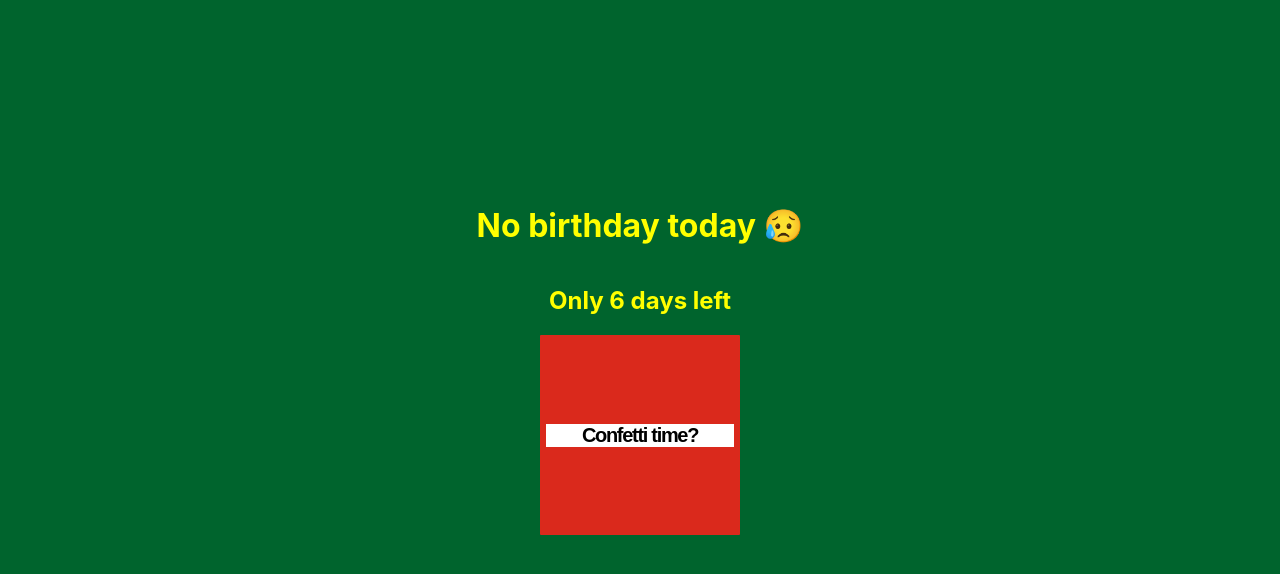
Repository: David-Waite/HannahsBirthdayWebsite
Page: /
These files come from the project's save history. The page is drawn as it stood at one moment and after the next save; the edit follows.
The browser window is 1280 px wide. The pictures show the whole page.
The project was rebuilt for these pictures with package versions that can differ from the ones it lists, and the page was loaded fresh each time.

Above is the page before, as saved 2023-03-30 18:25:36.

### src/index.css
body {
  margin: 0;
  font-family: -apple-system, BlinkMacSystemFont, "Segoe UI", "Roboto", "Oxygen",
    "Ubuntu", "Cantarell", "Fira Sans", "Droid Sans", "Helvetica Neue",
    sans-serif;
  -webkit-font-smoothing: antialiased;
  -moz-osx-font-smoothing: grayscale;
}

.App {
  width: 100vw;
  height: 100vh;
  display: flex;
  flex-direction: column;
  align-items: center;
  justify-content: center;
  background-color: #00642d;
  color: rgb(255, 255, 0);
}

button {
  border: none;
  height: 200px;
  width: 200px;
  border-radius: 50%;
  overflow: hidden;

  background-color: #da291c;
  color: black;
  font-size: 20px;
  border-radius: 1px;
  font-weight: bold;
  letter-spacing: -1.3px;
}
button p {
  background-color: white;
}

### src/App.js
import "./App.css";

import Confetti from "react-confetti";

import { useState } from "react";

function App() {
  const [confetti, setConfetti] = useState(null);
  const [buttonText, setButtonText] = useState("Confetti time?");
  function isBirthdayToday() {
    const date = new Date();
    if (date.getMonth() === 3 && date.getDate() === 5) {
      return true;
    }
    return false;
  }

  function rainConfetti() {
    if (isBirthdayToday()) {
      setConfetti(true);
      setButtonText("Confetti time!");
    } else {
      setButtonText("no");
    }
  }

  function getDaysUntilBirthday() {
    const date = new Date();
    const hannahBday = new Date(date.getFullYear(), 3, 5);
    const hannahBdayNextYear = new Date(date.getFullYear() + 1, 3, 5);
    const oneDay = 1000 * 60 * 60 * 24;

    let daysUntilBirthday;
    if (hannahBday < date) {
      daysUntilBirthday =
        Math.ceil(hannahBdayNextYear.getTime() - date.getTime()) / oneDay;
    } else {
      daysUntilBirthday =
        Math.ceil(hannahBday.getTime() - date.getTime()) / oneDay;
    }

    return daysUntilBirthday;
  }

  // 5th april
  let birthdayText;
  if (isBirthdayToday()) {
    birthdayText = <h1>Happy birthday!🥳</h1>;
  } else {
    birthdayText = (
      <>
        <h1>No birthday today 😥</h1>
        <h2>Only {Math.ceil(getDaysUntilBirthday())} days left</h2>
      </>
    );
  }
  console.log(isBirthdayToday());
  const date = new Date();

  return (
    <div className="App">
      {confetti && <Confetti />}

      {birthdayText}
      <div className="buttonCon">
        <button onClick={rainConfetti}>
          <p>{buttonText}</p>
        </button>
      </div>
    </div>
  );
}

export default App;

Loaded but not shown: public/index.html (common file); src/index.js (common file); src/reportWebVitals.js (common file); src/App.css (common file)

After the next save:
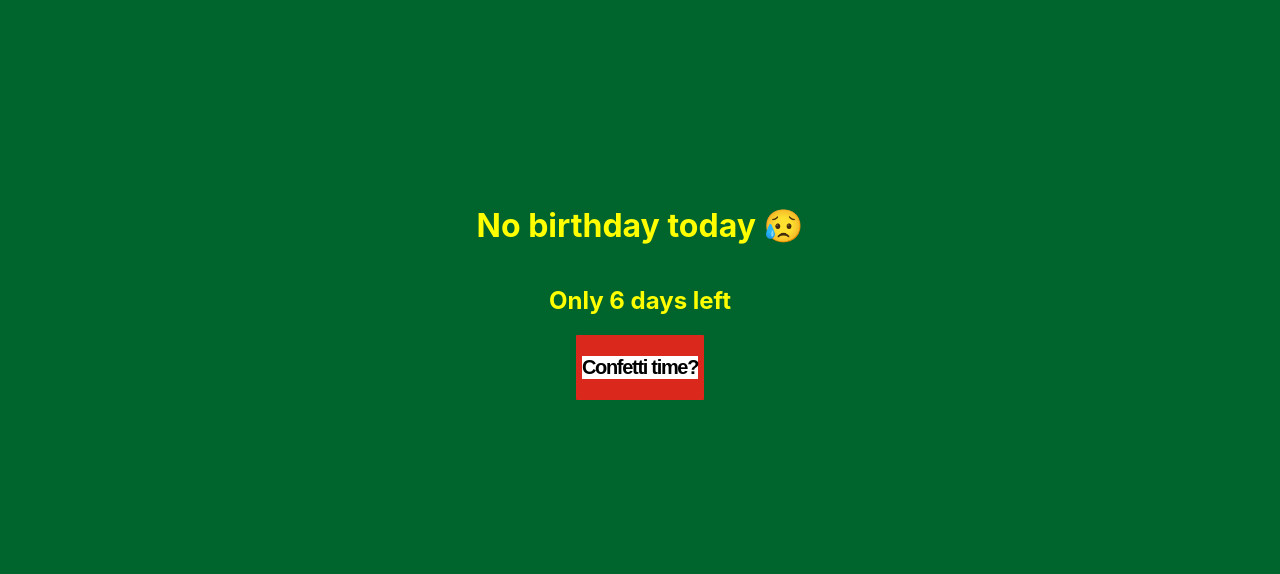
Saved 7 s later.
--- a/src/index.css
+++ b/src/index.css
@@ -18,11 +18,14 @@ body {
   color: rgb(255, 255, 0);
 }
 
-button {
-  border: none;
+.buttonCon {
   height: 200px;
   width: 200px;
   border-radius: 50%;
+}
+button {
+  border: none;
+
   overflow: hidden;
 
   background-color: #da291c;
